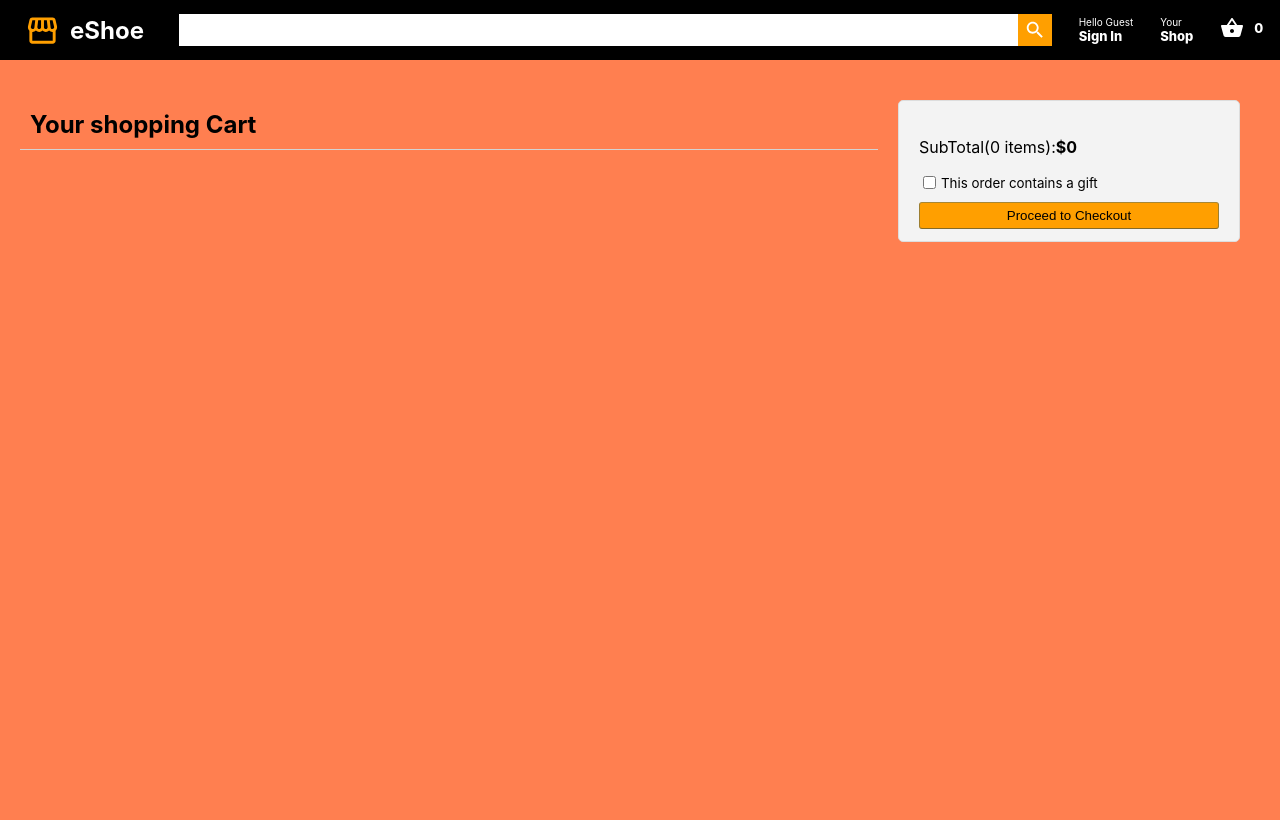
Repository: sandeepreddyvitta/react
Page: /checkout (app in eshop/)
These files come from the project's save history. The page is drawn as it stood at one moment and after the next save; the edit follows.
The browser window is 1280 px wide. The pictures show the whole page.
The project was rebuilt for these pictures with package versions that can differ from the ones it lists, and the page was loaded fresh each time. Also part of the build but not shown: eshop/src/components/products/product.scss, eshop/src/components/products/Product.js, eshop/src/components/home/home.scss, eshop/src/components/home/Home.js, eshop/src/components/checkOut/checkoutproduct.scss, eshop/src/components/checkOut/CheckOutProduct.js.

Above is the page before, as saved 2022-12-06 09:23:58.

### eshop/public/index.html
<!DOCTYPE html>
<html lang="en">

<head>
  <meta charset="utf-8" />
  <link rel="icon" href="%PUBLIC_URL%/favicon.ico" />
  <meta name="viewport" content="width=device-width, initial-scale=1" />
  <meta name="theme-color" content="#000000" />

  <title>React App</title>
</head>

<body>
  <noscript>You need to enable JavaScript to run this app.</noscript>
  <div id="root"></div>
</body>

</html>

### eshop/src/index.js
import React from 'react';
import ReactDOM from 'react-dom/client';
import './index.css';
import App from './App';
import reportWebVitals from './reportWebVitals';
import rootReducer, { initialState } from './components/data/reducer';
import { StateProvider } from './components/data/StateProvider';

const root = ReactDOM.createRoot(document.getElementById('root'));
root.render(
  <React.StrictMode>
    <StateProvider initialState={initialState} reducer={rootReducer}>
      <App />
    </StateProvider>
  </React.StrictMode>
);


reportWebVitals();

### eshop/src/App.js
import React, { Children } from 'react'
import Home from './components/home/Home';
import NavBar from './components/navbar/NavBar';
import CheckOut from './components/checkOut/CheckOut'
import { createBrowserRouter, RouterProvider, Route, Outlet } from 'react-router-dom'


function App() {
  const Layout = () => {
    return (
      <div>
        <NavBar />
        <>
          <Outlet />
        </>
      </div>
    )
  }

  const router = createBrowserRouter([
    {
      path: "/",
      element: <Layout />,
      children: [
        {
          path: '/',
          element: <Home />
        },
        {
          path: "/checkout",
          element: <CheckOut />
        }
      ]
    },
  ])
  return (
    <div className="App">
      <RouterProvider router={router} />
    </div>
  );
}

export default App;

### eshop/src/components/data/reducer.js
export const initialState = {
    basket: []
}

const rootReducer = (state = initialState, action) => {
    switch (action.type) {
        case "Add_To_Basket":
            return {
                ...state, basket: [...state.basket, action.item],
            }
        default:
            return { ...state }

    }

}

export default rootReducer;

### eshop/src/components/data/StateProvider.js
import React, { createContext, useContext, useReducer } from 'react'

export const StateContext = createContext();

export const StateProvider = ({ reducer, initialState, children }) => (
    <StateContext.Provider value={useReducer(reducer, initialState)}>
        {children}
    </StateContext.Provider>
);

export const useStateValue = () => useContext(StateContext);

### eshop/src/components/navbar/NavBar.js
import './navbar.scss'
import ShoppingBasketIcon from '@mui/icons-material/ShoppingBasket';
import StorefrontIcon from '@mui/icons-material/Storefront';
import SearchIcon from '@mui/icons-material/Search';
import { Link } from 'react-router-dom'
import { useStateValue } from '../data/StateProvider';
const NavBar = () => {
    const [{ basket }, dispatch] = useStateValue();
    return (
        <div className='navBar'>
            <Link to='/' style={{ textDecoration: "none" }}>
                <div className='headerLogo'>
                    <StorefrontIcon fontSize='large' className='storeIcon' />
                    <h2 className="title">eShoe</h2>
                </div>

            </Link>
            <div className='searchBar'>
                <input type="text" className='searchBarInput' />
                <SearchIcon className='searchIcon' />
            </div>
            <div className='userItems'>
                <div className='headerItem'>
                    <span className='nav_itemOne'>Hello Guest</span>
                    <span className='nav_itemTwo'>Sign In</span>
                </div>
                <div className='headerItem'>
                    <span className='nav_itemOne'>Your</span>
                    <span className='nav_itemTwo'>Shop</span>
                </div>
                <div className='headerItem'>
                    <Link to="/checkout" style={{ textDecoration: "none" }}>
                        <div className='basket'>
                            <ShoppingBasketIcon className='basketIcon' />
                            <span className='nav_itemTwo'>{basket.length}</span>
                        </div>
                    </Link>
                </div>
            </div>
        </div >
    )
}

export default NavBar

### eshop/src/components/checkOut/CheckOut.js
import './checkout.scss'
import CheckOutProduct from './CheckOutProduct'
import SubTotal from './SubTotal'
import { useStateValue } from '../data/StateProvider'

const CheckOut = () => {
    const [{ basket }, dispatch] = useStateValue();
    return (
        <div className='checkout'>
            <div className='checkoutLeft'>
                <h2 className='title'>Your shopping Cart</h2>
                {
                    basket.map(i => (
                        <CheckOutProduct
                            id={i.id}
                            title={i.title}
                            img={i.img}
                            rating={i.rating}
                            price={i.price} />
                    ))
                }
            </div>
            <div className='checkoutRight'>
                <SubTotal />
            </div>
        </div>
    )
}

export default CheckOut

### eshop/src/components/navbar/navbar.scss
.navBar{
    height: 60px;
    display: flex;
    align-items: center;
    background-color: black;
    color: white;
    position: sticky;
    z-index: 2;
    top:0;
    .headerLogo{
        display: flex;
        flex:1;
        align-items:center;
        color:#ff9f00;
        margin: 0px 25px;
        .storeIcon{
            margin-right: 10px;
        }
        .title{
            text-decoration: none;
            color:white;
            border: 0;
        }
    }
    .searchBar{
        display: flex;
        flex:4;
        align-items:center;
        border-radius: 24px;
        margin: 0 10px;
        .searchBarInput{

            height: 12px;
            padding: 10px;
            border: none;
            width: 100%;
        }
        .searchIcon{
            height:22px;
            padding: 5px;
            background-color:#ff9f00;
            cursor: pointer;
        }
    }
    .userItems{
        display: flex;
        flex: 1;
        justify-content: space-evenly;
        .headerItem{
            display: flex;
            flex-direction: column;
            margin: 0px 10px;
            color:white;
            .nav_itemOne{
                font-size: 10px;
            }
            .nav_itemTwo{
                font-size: 13px;
                font-weight: 800;
            }
            .basket{
                display: flex;
                align-items:center;
                color:white;
                .basketIcon{
                    margin-right: 10px;
                }
            }
        }
    }
}

### eshop/src/components/checkOut/checkout.scss
.checkout{
    display: flex;
    padding: 20px;
    height: max-content;
    background-color:coral;
    height: 100vh;
    .checkoutLeft{
        flex:3;
        .title{
            padding: 10px;
            border-bottom: 1px solid lightgray;
            display: flex;
            flex-direction: column;
        }

    }
    .checkoutRight{
        flex:1;
        display: flex;
        flex-direction: column;
        padding: 20px;
    }

}

### eshop/src/components/checkOut/SubTotal.js
import './subtotal.scss'
import CurrencyFormat from 'react-currency-format'

const SubTotal = () => {
    return (
        <div className='subtotal'>
            <CurrencyFormat
                renderText={(value) => (
                    <>
                        <p>SubTotal(0 items):<strong>$0</strong></p>
                        <small className='gift'>
                            <input type="checkbox" />This order contains a gift
                        </small>
                    </>
                )}
                decimalScale={2}
                value={0}
                displayType={"text"}
            />
            <button>Proceed to Checkout</button>
        </div>
    )
}

export default SubTotal

### eshop/src/components/checkOut/subtotal.scss
.subtotal{
    display: flex;
    flex-direction: column;
    justify-content: space-between;
    width: 300px;
    height: 100px;
    background-color:#f3f3f3;
    padding: 20px;
    border: 1px solid #dddddd;
    border-radius: 5px;
    .gift{
        display: flex;
        align-items: center;
        input{
            margin-right: 5px;
        }
    }
    button{
        background: #ff9f00;
        border:1px solid;
        border-color: #a88734 #9c7e31 #846a29;
        color:black;
        cursor:pointer;
        border-radius:3px;
        padding: 5px;
        margin-top: 10px;
    }
}

Loaded but not shown: eshop/src/index.css (common file); eshop/src/reportWebVitals.js (common file)

After the next save:
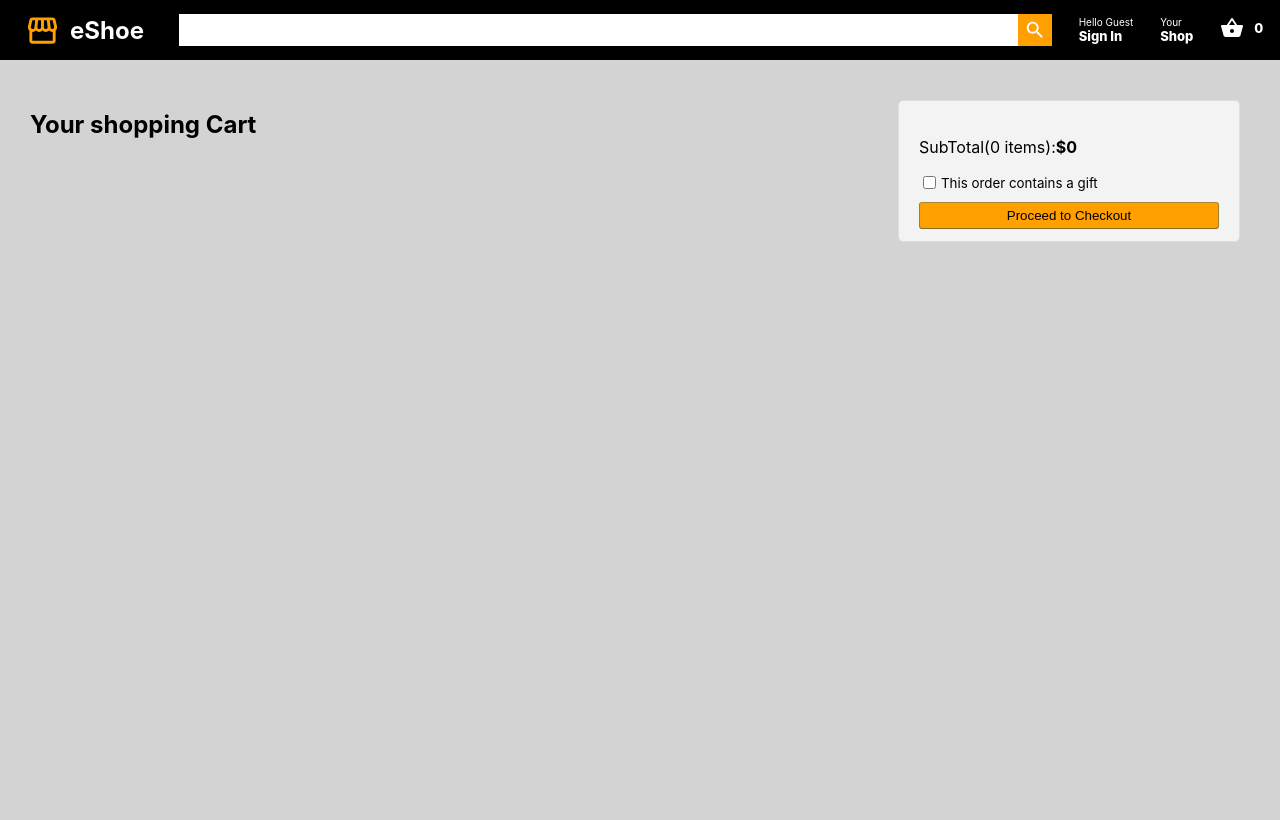
Saved 21 s later.
--- a/eshop/src/components/checkOut/checkout.scss
+++ b/eshop/src/components/checkOut/checkout.scss
@@ -2,7 +2,7 @@
     display: flex;
     padding: 20px;
     height: max-content;
-    background-color:coral;
+    background-color:lightgray;
     height: 100vh;
     .checkoutLeft{
         flex:3;
